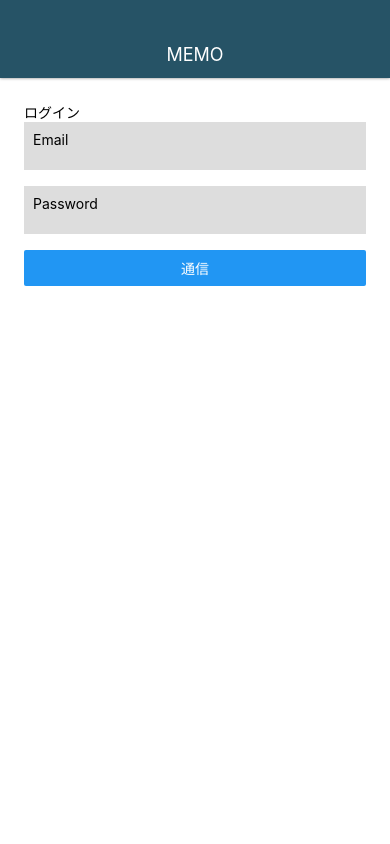
Repository: NagataRyuji0630/memo_app_for_reactNative
Screen: /
These files come from the project's save history. The screen is drawn as it stood at one moment and after the next save; the edit follows.
The app was drawn by React Native's web renderer in a window 390 px wide. The project was rebuilt for these pictures with package versions that can differ from the ones it lists, and the page was loaded fresh each time. Some packages were replaced by stand-ins written for this rebuild. Also part of the build but not shown: src/components/MemoList.jsx, src/elements/CircleBtn.jsx, src/screens/MemoListScreen.jsx, src/screens/MemoDetailScreen.jsx, src/screens/MemoEditScreen.jsx.

Above is the screen before, as saved 2020-05-15 08:38:22.

After the next save:
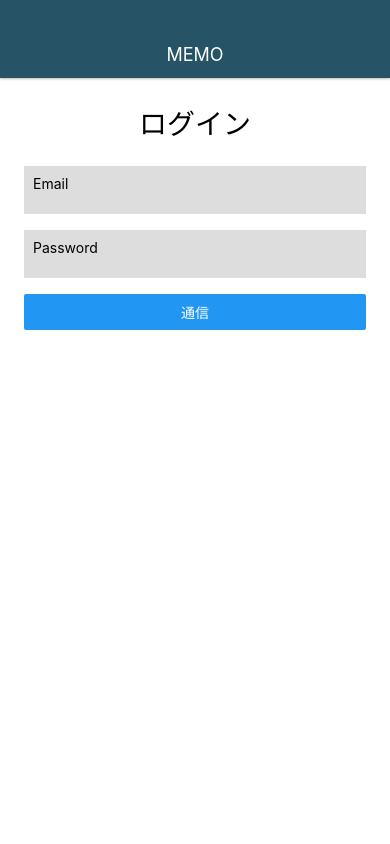
Saved 83 s later.
--- a/src/screens/LoginScreen.jsx
+++ b/src/screens/LoginScreen.jsx
@@ -18,6 +18,11 @@ const styles = StyleSheet.create({
         borderWidth: 1,
         borderColor: '#ddd',
         padding: 8
+    },
+    title: {
+        fontSize: 28,
+        textAlign: 'center',
+        marginBottom: 24,
     }
 
 });
@@ -27,7 +32,7 @@ class LoginScreen extends Component {
     render() {
         return (
             <View style={styles.container}>
-                    <Text>ログイン</Text>
+                    <Text style={styles.title}>ログイン</Text>
                     <TextInput style={styles.input} value='Email' multiline />
                     <TextInput style={styles.input} value='Password' multiline />
                     <Button title='通信' onPress={() => {}}/>
